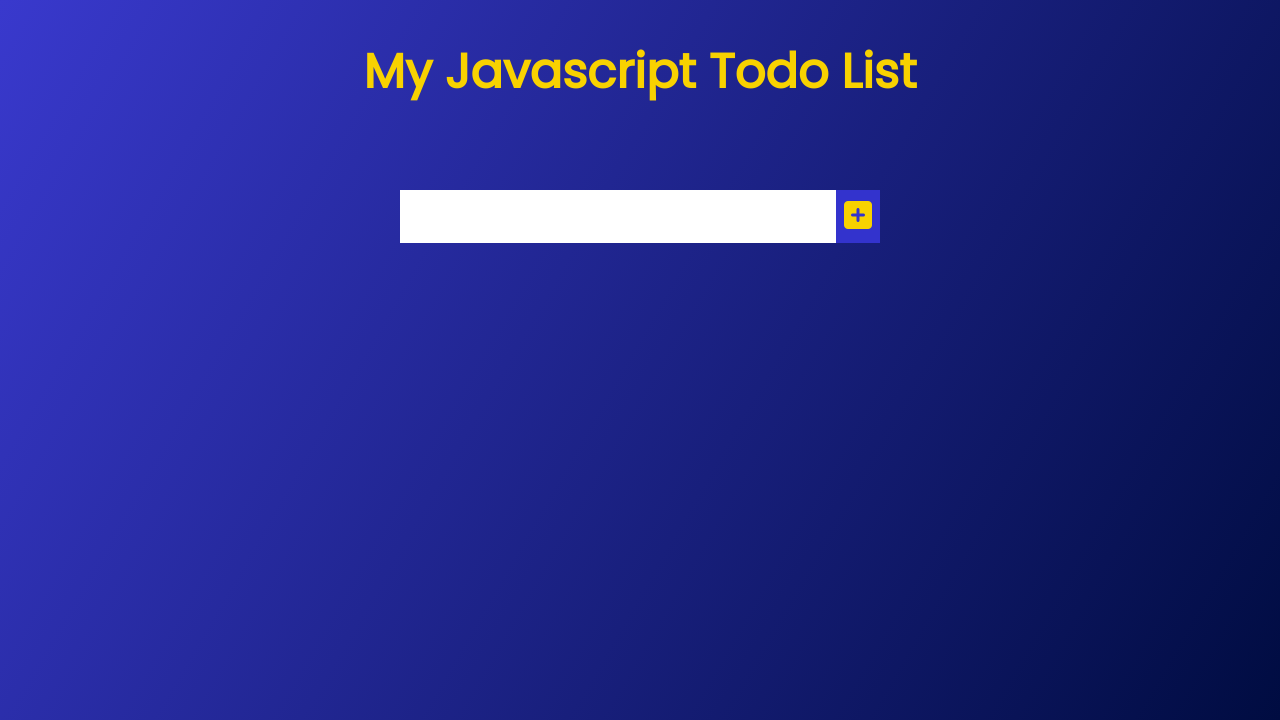
Repository: LuisMiLR/JavaScript-Todo-List
Page: index.html
The author's editor kept a copy of each file at every save. The page is drawn from the files as they stood at one save, then again after the next save.
The browser window is 1280 px wide. The pictures show the whole page.
The pointer rests on the first visible `form button`.

Above is the page before, as saved 2023-05-01 14:55:10.

After the next save:
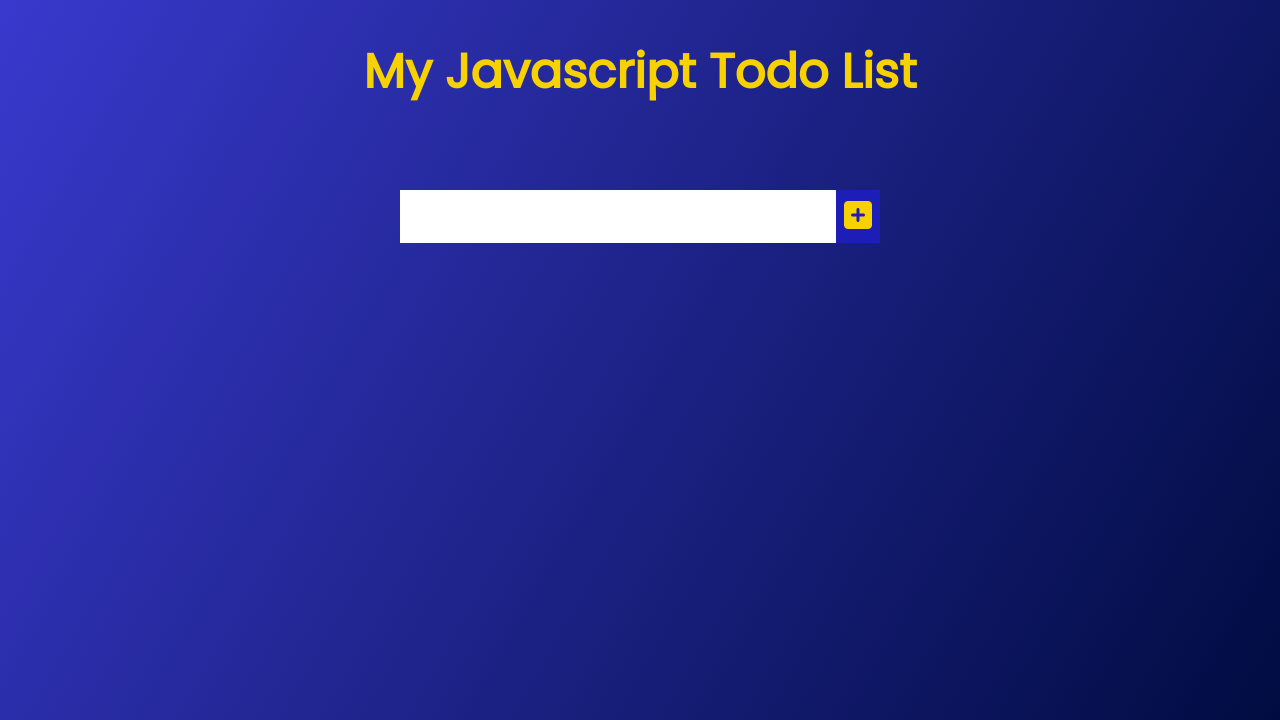
Saved 13 s later.
--- a/style.css
+++ b/style.css
@@ -35,7 +35,7 @@ form button{
 }
 
 form button:hover {
-    background: #3333cd;
+    background: #1d1db7;
     color: rgb(248, 210, 0);
 }
 
